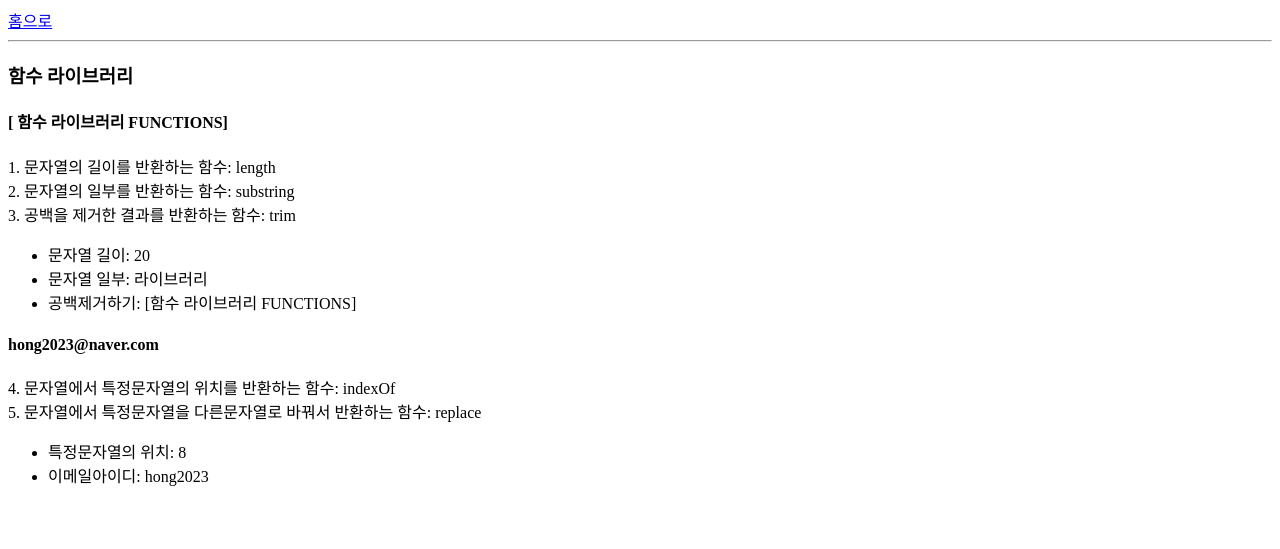
Repository: linklifejo/study_web
Page: http://localhost/servlet02/jstl/functions.jsp
These files come from the project's save history. The page is drawn as it stood at one moment and after the next save; the edit follows.
The browser window is 1280 px wide. The pictures show the whole page.
The page is served by Tomcat 9. Other server files are loaded and not shown.

Above is the page before, as saved 2023-02-08 01:52:30.

### servlet02/src/main/webapp/jstl/functions.jsp
<%@ page language="java" contentType="text/html; charset=UTF-8"
    pageEncoding="UTF-8"%>
<%@ taglib uri="http://java.sun.com/jsp/jstl/core" prefix="c"%>
<%@ taglib uri="http://java.sun.com/jsp/jstl/functions" prefix="fn"%>
<!DOCTYPE html>
<html>
<head>
<meta charset="UTF-8">
<title>Insert title here</title>
</head>
<body>
<a href='<c:url value="/"/>'>홈으로</a>
<hr>
<h3>함수 라이브러리</h3>

<c:set var="title" value="  함수 라이브러리 FUNCTIONS" />
<h4>[${title}]</h4>
<div>1. 문자열의 길이를 반환하는 함수: length</div>
<div>2. 문자열의 일부를 반환하는 함수: substring</div>
<div>3. 공백을 제거한 결과를 반환하는 함수: trim</div>
<ul>
	<li>문자열 길이: ${fn: length(title) }</li>
	<li>문자열 일부: ${fn: substring(title,5,10) }</li>
	<li>공백제거하기: [${fn: trim(title) }]</li>
</ul>

<c:set var='email' value='hong2023@naver.com'/>
<h4>${email}</h4>
<div>4. 문자열에서 특정문자열의 위치를 반환하는 함수: indexOf</div>
<div>5. 문자열에서 특정문자열을 다른문자열로 바꿔서 반환하는 함수: replace</div>
<ul>
	<li>특정문자열의 위치: ${fn: indexOf(email, '@') } </li>
	<li>이메일아이디: ${fn: substring(email, 0, fn: indexOf(email, '@')) }</li>
</ul>











</body>
</html>

After the next save:
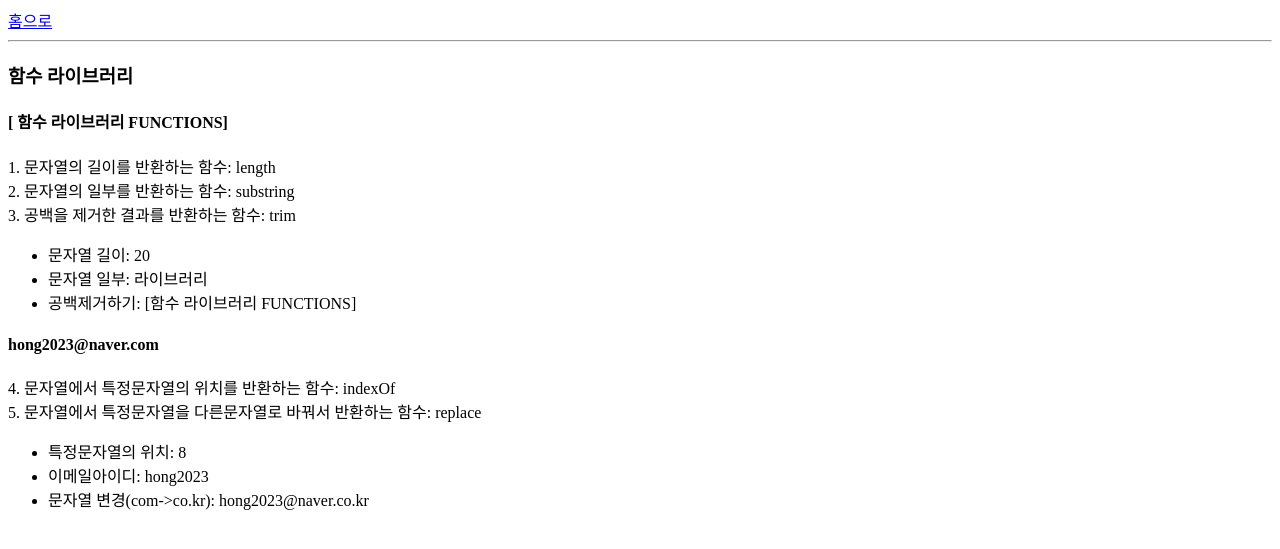
Saved 67 s later.
--- a/servlet02/src/main/webapp/jstl/functions.jsp
+++ b/servlet02/src/main/webapp/jstl/functions.jsp
@@ -31,6 +31,7 @@
 <ul>
 	<li>특정문자열의 위치: ${fn: indexOf(email, '@') } </li>
 	<li>이메일아이디: ${fn: substring(email, 0, fn: indexOf(email, '@')) }</li>
+	<li>문자열 변경(com->co.kr): ${fn: replace(email, 'com', 'co.kr') }</li>
 </ul>
 
 
